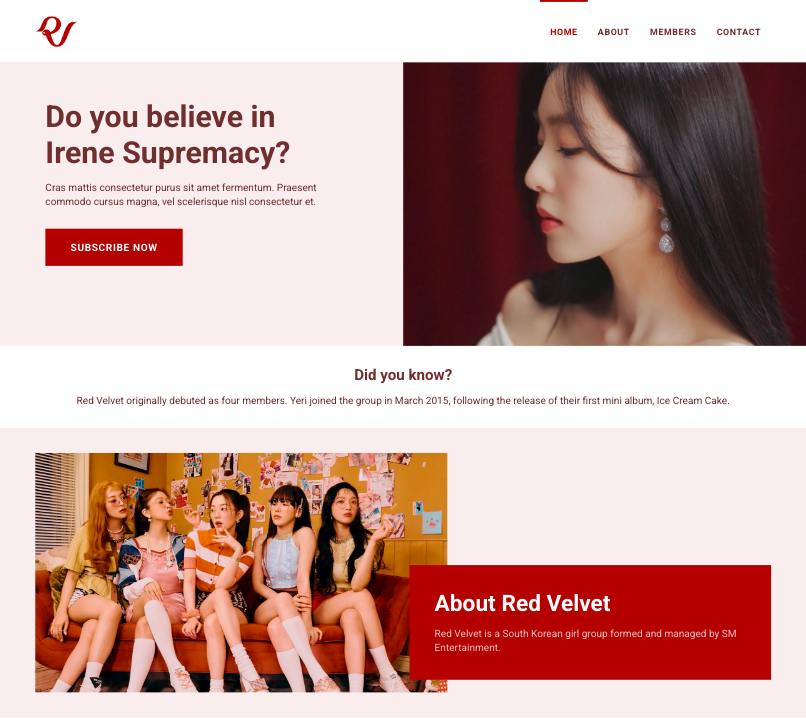
Repository: stillnotdavid/eternity-university
Page: app/index.html
The author's editor kept a copy of each file at every save. The page is drawn from the files as they stood at one save, then again after the next save.
The browser window is 1280 px wide. The pictures show the whole page, at 63% of full size.
The style sheet was rebuilt from its Sass, Less or Tailwind sources for each picture, by a compiler version that may differ from the author's.

Above is the page before, as saved 2021-12-05 20:23:44.

After the next save:
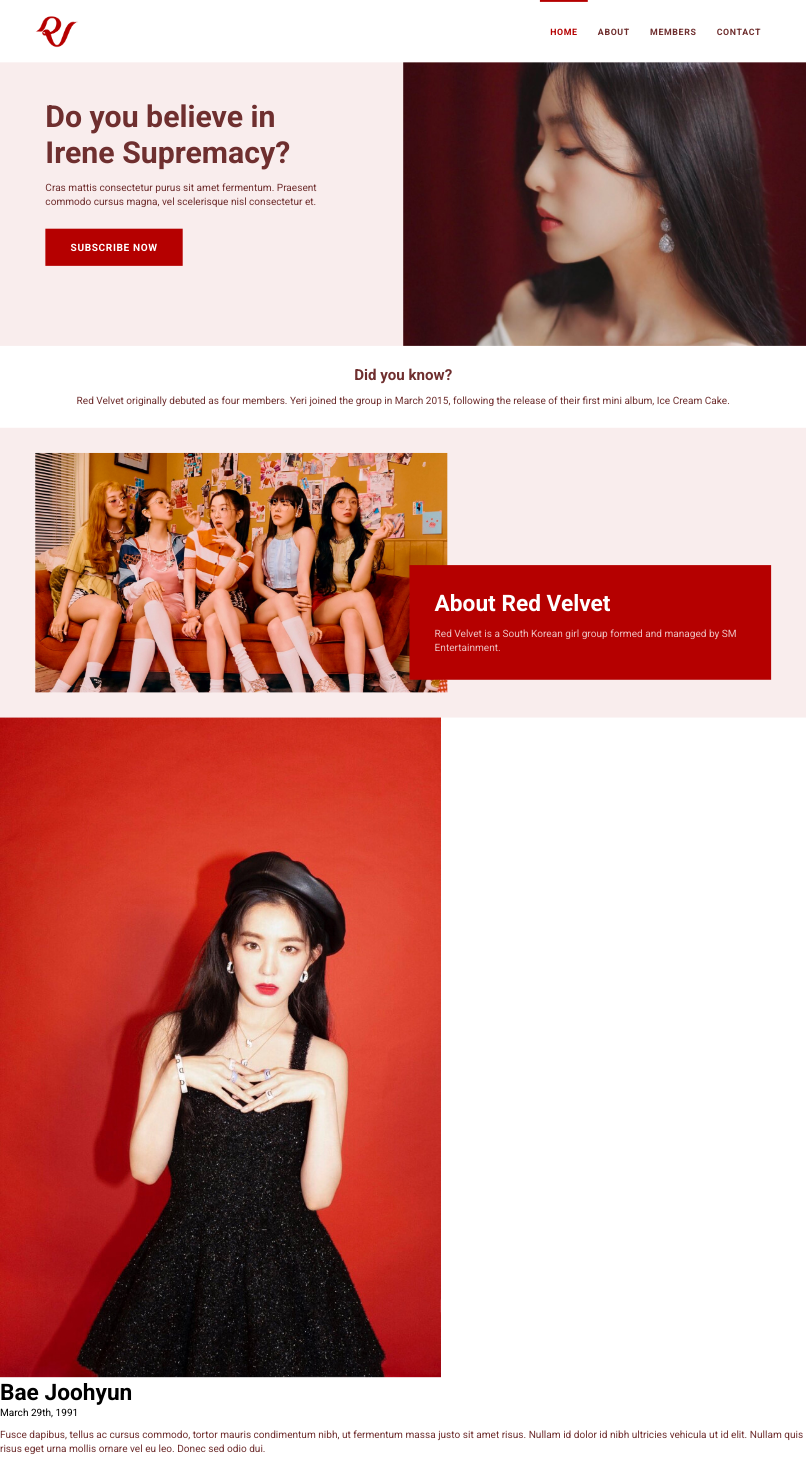
Saved 3 min 37 s later.
--- a/app/index.html
+++ b/app/index.html
@@ -75,6 +75,22 @@
       </div>
     </div>
   </section>
+  <section class="members">
+    <div class="member member__irene">
+      <div class="members__photo">
+        <img src="images/member__irene.jpeg" />
+      </div>
+      <div class="members__info">
+        <h2>Bae Joohyun</h2>
+        <div class="members__info-birthdate">
+          March 29th, 1991
+        </div>
+        <p>Fusce dapibus, tellus ac cursus commodo, tortor mauris condimentum nibh, ut fermentum massa justo sit amet
+          risus. Nullam id dolor id nibh ultricies vehicula ut id elit. Nullam quis risus eget urna mollis ornare vel eu
+          leo. Donec sed odio dui.</p>
+      </div>
+    </div>
+  </section>
 
   <!-- build:js scripts/vendor.js -->
   <!-- endbuild -->
